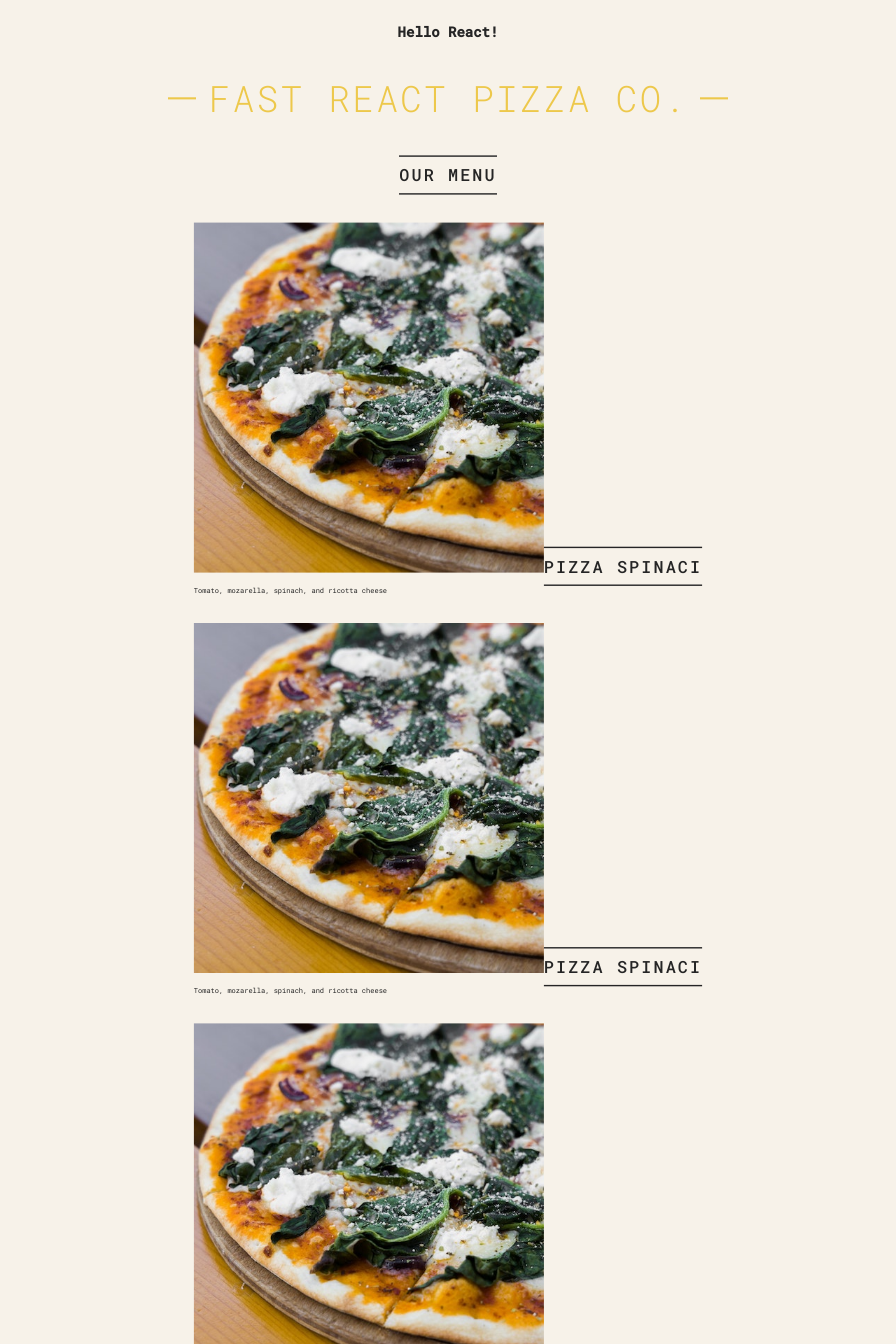
Repository: Alphosmart/03_pizza-menu
Page: /
These files come from the project's save history. The page is drawn as it stood at one moment and after the next save; the edit follows.
The browser window is 1280 px wide. The pictures show the part of the page from y = 0 to 1920 px (the page is 2709 px tall before and 2705 px after), at 70% of full size.
The project was rebuilt for these pictures with package versions that can differ from the ones it lists, and the page was loaded fresh each time.

Above is the page before, as saved 2024-05-27 19:30:27.

After the next save:
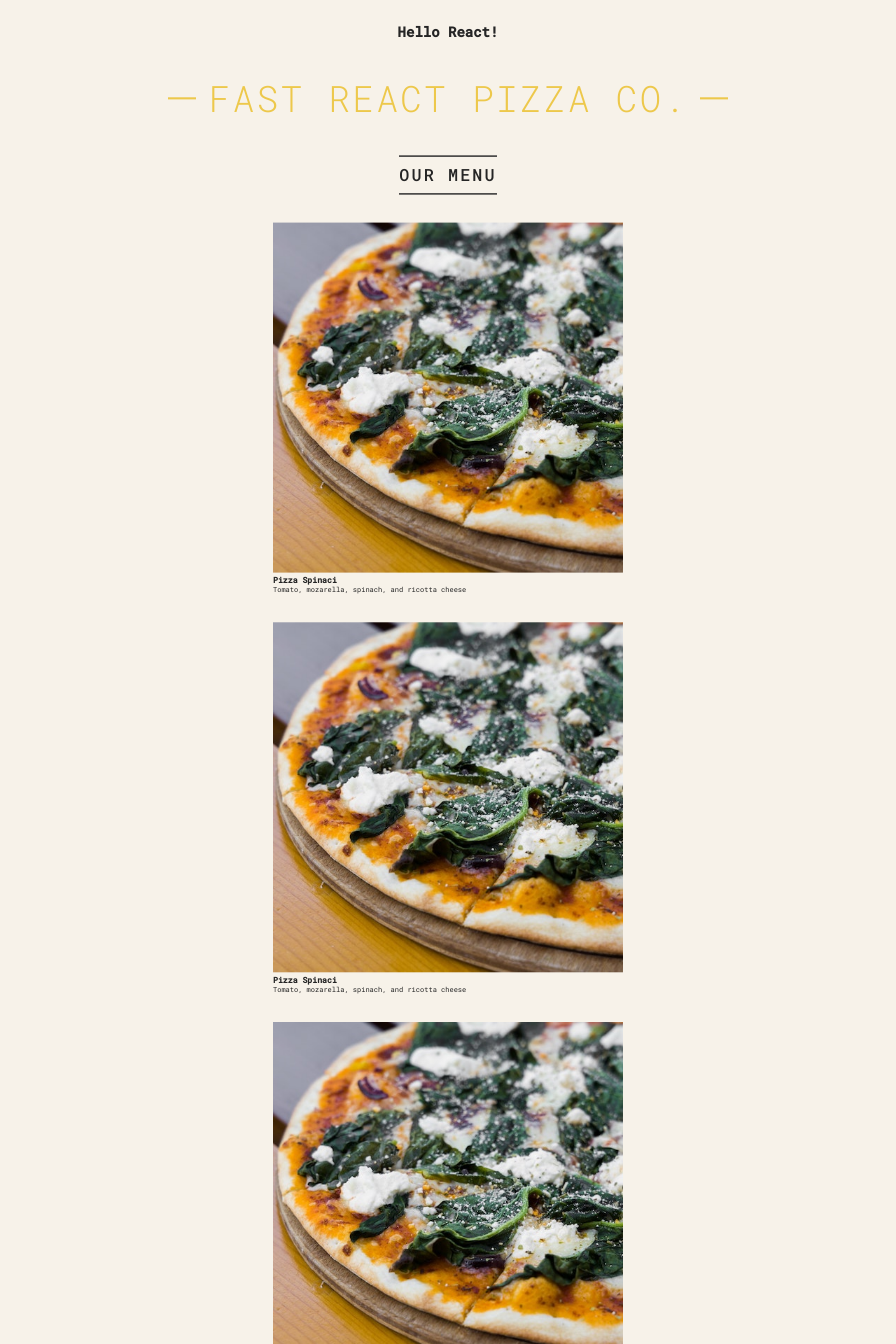
Saved 40 s later.
--- a/src/index.js
+++ b/src/index.js
@@ -101,7 +101,7 @@ function Pizza() {
   return (
     <div>
       <img src="pizzas/spinaci.jpg" alt="Pizza spinaci" />
-      <h2>Pizza Spinaci</h2>
+      <h3>Pizza Spinaci</h3>
       <p>Tomato, mozarella, spinach, and ricotta cheese</p>
     </div>
   );
